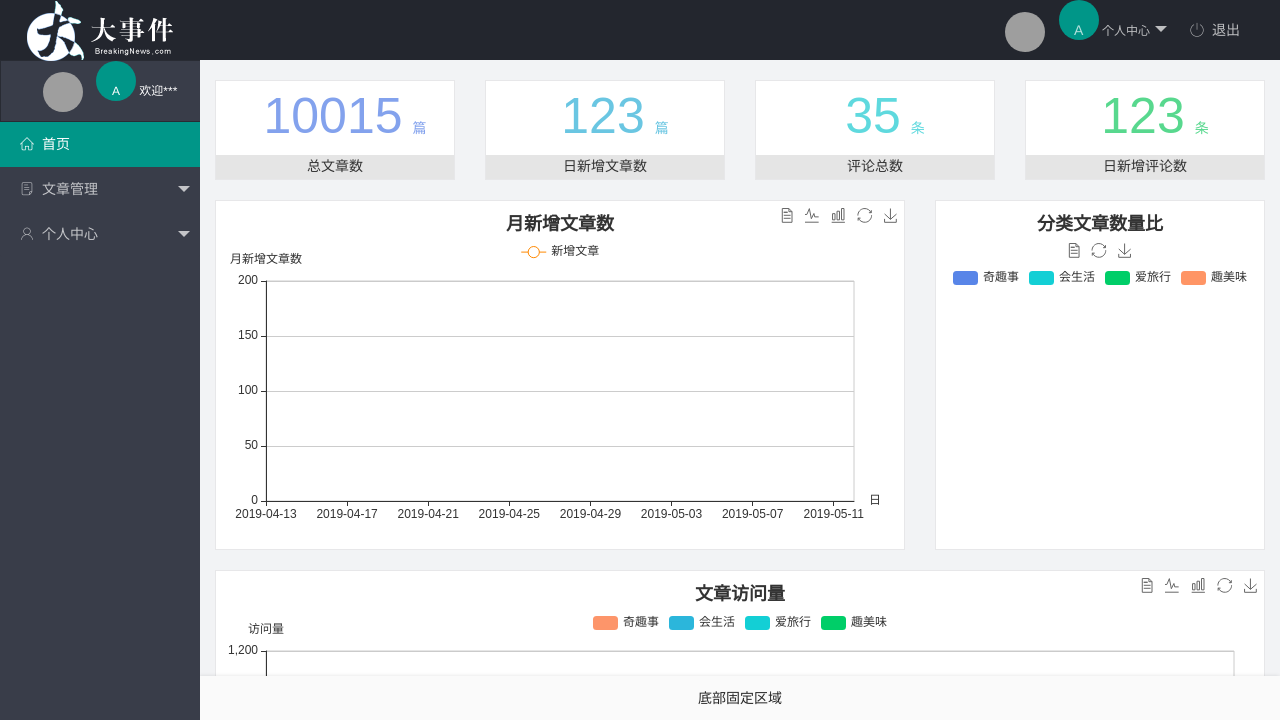
Repository: 1zhoukexin/web_aad
Page: index.html
These files come from the project's save history. The page is drawn as it stood at one moment and after the next save; the edit follows.
The browser window is 1280 px wide. The pictures show the whole page.
Pictures or frames that could not be fetched are drawn as grey boxes.

Above is the page before, as saved 2021-04-16 21:08:56.

### index.html
<!DOCTYPE html>
<html>

<head>
    <meta charset="utf-8">
    <meta name="viewport" content="width=device-width, initial-scale=1, maximum-scale=1">
    <title>后台主页</title>
    <link rel="stylesheet" href="/assets/fonts/iconfont.css">
    <link rel="stylesheet" href="./assets/lib/layui/css/layui.css">
    <link rel="stylesheet" href="/assets/css/index.css">


</head>

<body>
    <div class="layui-layout layui-layout-admin">
        <div class="layui-header">
            <div class="layui-logo">
                <img src="/assets/images/logo.png" alt="">
            </div>
            <!-- 头部区域（可配合layui 已有的水平导航） -->

            <ul class="layui-nav layui-layout-right">
                <li class="layui-nav-item">
                    <a href="javascript:;" class="userinfo">
                        <img src="//tva1.sinaimg.cn/crop.0.0.118.118.180/5db11ff4gw1e77d3nqrv8j203b03cweg.jpg" class="layui-nav-img">
                        <span class="text-avatar">A</span> 个人中心
                    </a>
                    <dl class="layui-nav-child">
                        <dd><a href="">基本资料</a></dd>
                        <dd><a href="">更换头像</a></dd>
                        <dd><a href="">重置密码</a></dd>
                    </dl>
                </li>
                <li class="layui-nav-item">
                    <a href="">
                        <span class="iconfont icon-tuichu"></span>退出</a>
                </li>
            </ul>
        </div>

        <div class="layui-side layui-bg-black">
            <div class="layui-side-scroll">
                <!-- 左侧导航区域（可配合layui已有的垂直导航） -->
                <div class="userinfo">
                    <img src="//tva1.sinaimg.cn/crop.0.0.118.118.180/5db11ff4gw1e77d3nqrv8j203b03cweg.jpg" class="layui-nav-img">
                    <span class="text-avatar">A</span>
                    <span id="welcome">欢迎***</span>
                </div>
                <ul class="layui-nav layui-nav-tree" lay-shrink="all">

                    <li class="layui-nav-item layui-this">
                        <a href="/home/dashboard.html" target="fm">
                            <span class="iconfont icon-home "></span>首页</a>
                    </li>
                    <li class="layui-nav-item">
                        <a class="" href="javascript:;">
                            <span class="iconfont icon-16"></span>文章管理</a>
                        <dl class="layui-nav-child">
                            <dd>
                                <a href="javascript:;">
                                    <i class="layui-icon layui-icon-app"></i> 文章类别</a>
                            </dd>
                            <dd>
                                <a href="javascript:;">
                                    <i class="layui-icon layui-icon-app"></i> 文章列表</a>
                            </dd>
                            <dd>
                                <a href="javascript:;">
                                    <i class="layui-icon layui-icon-app"></i> 发布文章</a>
                            </dd>

                        </dl>
                    </li>
                    <li class="layui-nav-item">
                        <a href="javascript:;">
                            <span class="iconfont icon-user"></span>个人中心</a>
                        <dl class="layui-nav-child">
                            <dd><a href="javascript:;">基本资料</a></dd>
                            <dd><a href="javascript:;">更换头像</a></dd>
                            <dd><a href="javascript:;">重置密码</a></dd>

                        </dl>
                    </li>


                </ul>
            </div>
        </div>

        <div class="layui-body">
            <!-- 内容主体区域 -->
            <iframe name="fm" src="/home/dashboard.html" frameborder="0"></iframe>
        </div>

        <div class="layui-footer">
            <!-- 底部固定区域 -->
            底部固定区域
        </div>
    </div>

    <script src="/assets/lib/layui/layui.js"></script>
</body>

</html>

### assets/css/index.css
.layui-footer {
    text-align: center;
}

.iconfont {
    margin-right: 8px;
}

.layui-icon {
    margin-right: 8px;
    margin-left: 8px;
}

iframe {
    width: 100%;
    height: 100%;
}

.layui-body {
    overflow: hidden;
}

a {
    transition: none !important;
}

.userinfo {
    height: 60px;
    line-height: 60px;
    text-align: center;
    font-size: 12px;
    user-select: none;
}

.layui-side-scroll .userinfo {
    border: solid 1px #282b33;
}

.layui-nav-img {
    width: 40px;
    height: 40px;
}

.text-avatar {
    display: inline-block;
    width: 40px;
    height: 40px;
    background-color: #009688;
    border-radius: 50%;
}

### home/dashboard.html
<!DOCTYPE html>
<html lang="en">

<head>
  <meta charset="UTF-8">
  <meta name="viewport" content="width=device-width, initial-scale=1.0">
  <meta http-equiv="X-UA-Compatible" content="ie=edge">
  <title>图表统计</title>
  <link rel="stylesheet" href="../../assets/lib/bootstrap.css" />
  <link rel="stylesheet" href="../../assets/lib/main.css" />
  <script src="../../assets/lib/jquery.js"></script>
  <script type="text/javascript" src="../../assets/lib/echarts.min.js"></script>
</head>

<body>
  <div class="container-fluid">
    <div class="row spannel_list">
      <div class="col-sm-3 col-xs-6">
        <div class="spannel">
          <em>10015</em><span>篇</span>
          <b>总文章数</b>
        </div>
      </div>
      <div class="col-sm-3 col-xs-6">
        <div class="spannel scolor01">
          <em>123</em><span>篇</span>
          <b>日新增文章数</b>
        </div>
      </div>
      <div class="col-sm-3 col-xs-6">
        <div class="spannel scolor02">
          <em>35</em><span>条</span>
          <b>评论总数</b>
        </div>
      </div>
      <div class="col-sm-3 col-xs-6">
        <div class="spannel scolor03">
          <em>123</em><span>条</span>
          <b>日新增评论数</b>
        </div>
      </div>
    </div>
  </div>

  <div class="container-fluid">
    <div class="row curve-pie">
      <div class="col-lg-8 col-md-8">
        <div class="gragh_pannel" id="curve_show"></div>
      </div>
      <div class="col-lg-4 col-md-4">
        <div class="gragh_pannel" id="pie_show"></div>
      </div>
    </div>
  </div>

  <div class="container-fluid">
    <div class="column_pannel" id="column_show"></div>
  </div>

  <script>
    var oChart = echarts.init(document.getElementById('curve_show'));
    var aList_all = [
      { 'count': 36, 'date': '2019-04-13' },
      { 'count': 52, 'date': '2019-04-14' },
      { 'count': 78, 'date': '2019-04-15' },
      { 'count': 85, 'date': '2019-04-16' },
      { 'count': 65, 'date': '2019-04-17' },
      { 'count': 72, 'date': '2019-04-18' },
      { 'count': 88, 'date': '2019-04-19' },
      { 'count': 64, 'date': '2019-04-20' },
      { 'count': 72, 'date': '2019-04-21' },
      { 'count': 90, 'date': '2019-04-22' },
      { 'count': 96, 'date': '2019-04-23' },
      { 'count': 100, 'date': '2019-04-24' },
      { 'count': 102, 'date': '2019-04-25' },
      { 'count': 110, 'date': '2019-04-26' },
      { 'count': 123, 'date': '2019-04-27' },
      { 'count': 100, 'date': '2019-04-28' },
      { 'count': 132, 'date': '2019-04-29' },
      { 'count': 146, 'date': '2019-04-30' },
      { 'count': 200, 'date': '2019-05-01' },
      { 'count': 180, 'date': '2019-05-02' },
      { 'count': 163, 'date': '2019-05-03' },
      { 'count': 110, 'date': '2019-05-04' },
      { 'count': 80, 'date': '2019-05-05' },
      { 'count': 82, 'date': '2019-05-06' },
      { 'count': 70, 'date': '2019-05-07' },
      { 'count': 65, 'date': '2019-05-08' },
      { 'count': 54, 'date': '2019-05-09' },
      { 'count': 40, 'date': '2019-05-10' },
      { 'count': 45, 'date': '2019-05-11' },
      { 'count': 38, 'date': '2019-05-12' },
    ];

    let aCount = [];
    let aDate = [];

    for (var i = 0; i < aList_all.length; i++) {
      aCount.push(aList_all[i].count);
      aDate.push(aList_all[i].date);
    }

    var chartopt = {
      title: {
        text: '月新增文章数',
        left: 'center',
        top: '10'
      },
      tooltip: {
        trigger: 'axis'
      },
      legend: {
        data: ['新增文章'],
        top: '40'
      },
      toolbox: {
        show: true,
        feature: {
          mark: { show: true },
          dataView: { show: true, readOnly: false },
          magicType: { show: true, type: ['line', 'bar'] },
          restore: { show: true },
          saveAsImage: { show: true }
        }
      },
      calculable: true,
      xAxis: [
        {
          name: '日',
          type: 'category',
          boundaryGap: false,
          data: aDate
        }
      ],
      yAxis: [
        {
          name: '月新增文章数',
          type: 'value'
        }
      ],
      series: [
        {
          name: '新增文章',
          type: 'line',
          smooth: true,
          itemStyle: { normal: { areaStyle: { type: 'default' }, color: '#f80' }, lineStyle: { color: '#f80' } },
          data: aCount
        }],
      areaStyle: {
        normal: {
          color: new echarts.graphic.LinearGradient(0, 0, 0, 1, [{
            offset: 0,
            color: 'rgba(255,136,0,0.39)'
          }, {
            offset: .34,
            color: 'rgba(255,180,0,0.25)'
          }, {
            offset: 1,
            color: 'rgba(255,222,0,0.00)'
          }])

        }
      },
      grid: {
        show: true,
        x: 50,
        x2: 50,
        y: 80,
        height: 220
      }
    };

    oChart.setOption(chartopt);


    var oPie = echarts.init(document.getElementById('pie_show'));
    var oPieopt =
    {
      title: {
        top: 10,
        text: '分类文章数量比',
        x: 'center'
      },
      tooltip: {
        trigger: 'item',
        formatter: "{a} <br/>{b} : {c} ({d}%)"
      },
      color: ['#5885e8', '#13cfd5', '#00ce68', '#ff9565'],
      legend: {
        x: 'center',
        top: 65,
        data: ['奇趣事', '会生活', '爱旅行', '趣美味']
      },
      toolbox: {
        show: true,
        x: 'center',
        top: 35,
        feature: {
          mark: { show: true },
          dataView: { show: true, readOnly: false },
          magicType: {
            show: true,
            type: ['pie', 'funnel'],
            option: {
              funnel: {
                x: '25%',
                width: '50%',
                funnelAlign: 'left',
                max: 1548
              }
            }
          },
          restore: { show: true },
          saveAsImage: { show: true }
        }
      },
      calculable: true,
      series: [
        {
          name: '访问来源',
          type: 'pie',
          radius: ['45%', '60%'],
          center: ['50%', '65%'],
          data: [
            { value: 300, name: '奇趣事' },
            { value: 100, name: '会生活' },
            { value: 260, name: '爱旅行' },
            { value: 180, name: '趣美味' }
          ]
        }
      ]
    };
    oPie.setOption(oPieopt);



    var oColumn = this.echarts.init(document.getElementById('column_show'));
    var oColumnopt =
    {
      title: {
        text: '文章访问量',
        left: 'center',
        top: '10'
      },
      tooltip: {
        trigger: 'axis'
      },
      legend: {
        data: ['奇趣事', '会生活', '爱旅行', '趣美味'],
        top: '40'
      },
      toolbox: {
        show: true,
        feature: {
          mark: { show: true },
          dataView: { show: true, readOnly: false },
          magicType: { show: true, type: ['line', 'bar'] },
          restore: { show: true },
          saveAsImage: { show: true }
        }
      },
      calculable: true,
      xAxis: [
        {
          type: 'category',
          data: ['1月', '2月', '3月', '4月', '5月']
        }
      ],
      yAxis: [
        {
          name: '访问量',
          type: 'value'
        }
      ],
      series: [
        {
          name: '奇趣事',
          type: 'bar',
          barWidth: 20,
          itemStyle: {
            normal: { areaStyle: { type: 'default' }, color: '#fd956a' }
          },
          data: [800, 708, 920, 1090, 1200]
        },
        {
          name: '会生活',
          type: 'bar',
          barWidth: 20,
          itemStyle: {
            normal: { areaStyle: { type: 'default' }, color: '#2bb6db' }
          },
          data: [400, 468, 520, 690, 800]
        },
        {
          name: '爱旅行',
          type: 'bar',
          barWidth: 20,
          itemStyle: {
            normal: { areaStyle: { type: 'default' }, color: '#13cfd5' }
          },
          data: [500, 668, 520, 790, 900]
        },
        {
          name: '趣美味',
          type: 'bar',
          barWidth: 20,
          itemStyle: {
            normal: { areaStyle: { type: 'default' }, color: '#00ce68' }
          },
          data: [600, 508, 720, 890, 1000]
        }
      ],
      grid: {
        show: true,
        x: 50,
        x2: 30,
        y: 80,
        height: 260
      },
      dataZoom: [//给x轴设置滚动条
        {
          start: 0,//默认为0
          end: 100 - 1000 / 31,//默认为100
          type: 'slider',
          show: true,
          xAxisIndex: [0],
          handleSize: 0,//滑动条的 左右2个滑动条的大小
          height: 8,//组件高度
          left: 45, //左边的距离
          right: 50,//右边的距离
          bottom: 26,//右边的距离
          handleColor: '#ddd',//h滑动图标的颜色
          handleStyle: {
            borderColor: "#cacaca",
            borderWidth: "1",
            shadowBlur: 2,
            background: "#ddd",
            shadowColor: "#ddd",
          }
        }]
    };
    oColumn.setOption(oColumnopt);
  </script>
</body>

</html>

Loaded but not shown: assets/fonts/iconfont.css (common file); assets/lib/layui/css/layui.css (library); assets/lib/layui/layui.js (library); assets/lib/layui/css/modules/laydate/default/laydate.css (library); assets/lib/layui/css/modules/layer/default/layer.css (library); assets/lib/layui/css/modules/code.css (common file); assets/lib/bootstrap.css (library); assets/lib/main.css (library); assets/lib/jquery.js (library); assets/lib/echarts.min.js (library)

After the next save:
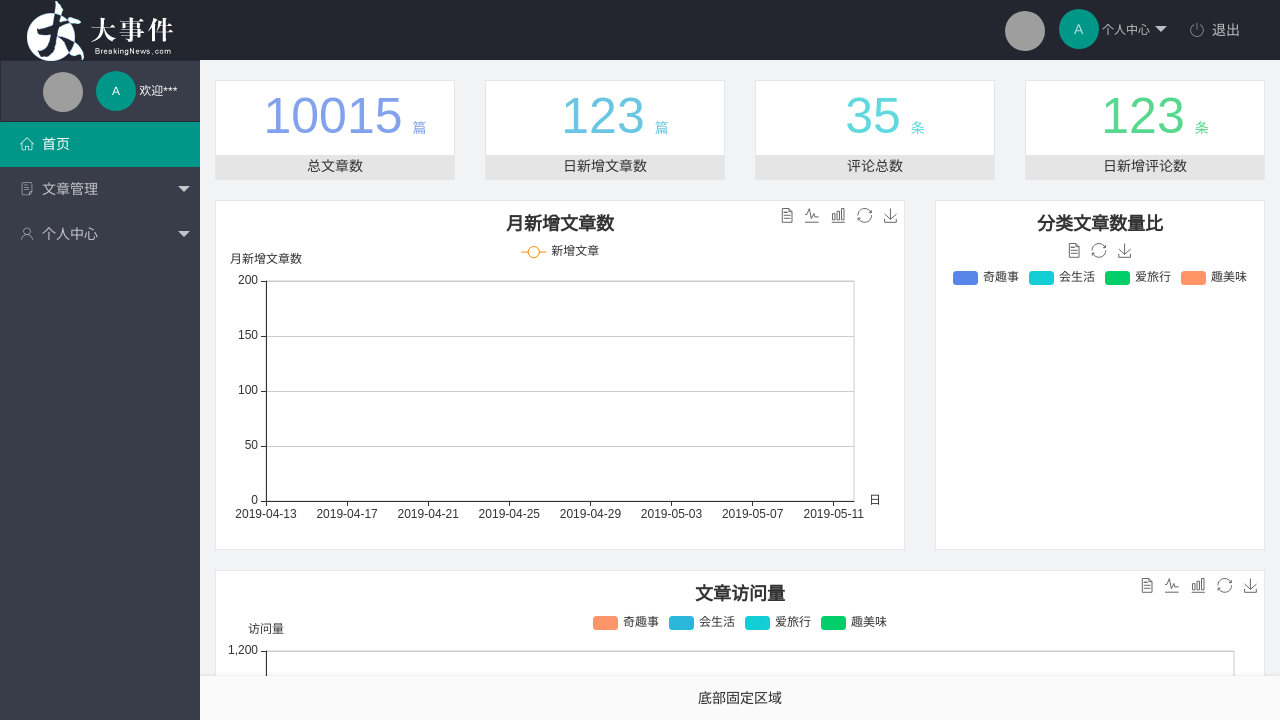
Saved 41 s later.
--- a/assets/css/index.css
+++ b/assets/css/index.css
@@ -47,4 +47,6 @@ a {
     height: 40px;
     background-color: #009688;
     border-radius: 50%;
+    line-height: 40px;
+    text-align: center;
 }
